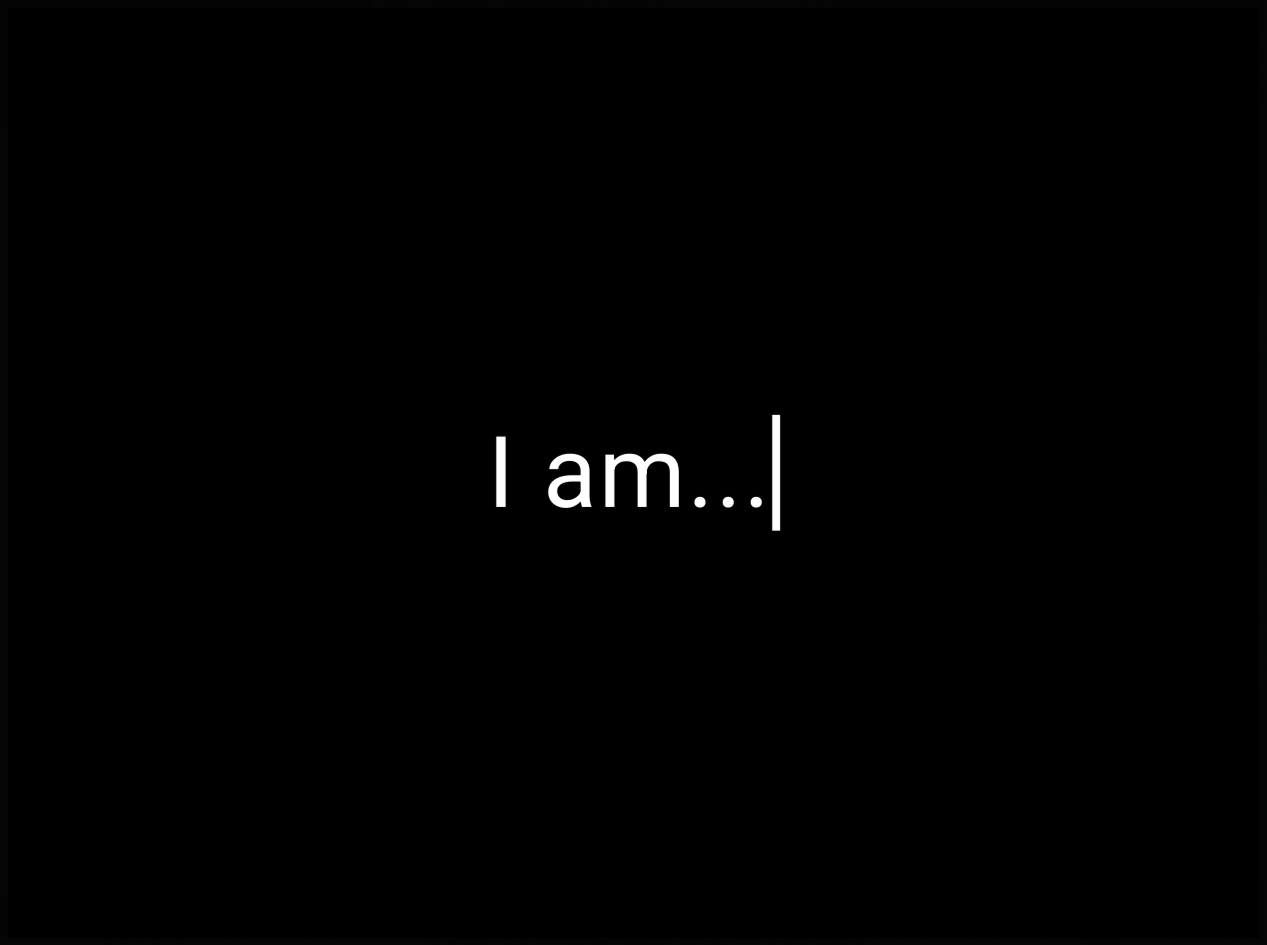
Repository: meywenz/mysite
Page: index.html
An editor plug-in stored every save of this project. The page is shown before and after the next save, followed by the edit.
The browser window is 1280 px wide. The pictures show the whole page, at 99% of full size.

Above is the page before, as saved 2021-04-11 13:11:17.

### index.html
<html lang="en">
<head>
<meta charset="UTF-8">
<meta name="viewport" content="width=device-width, initial-scale=1.0">
<link rel="stylesheet" href="styles.css">
<style>
        @import url('https://fonts.googleapis.com/css2?family=Roboto:ital@0;1&display=swap');
        @import url('https://fonts.googleapis.com/css2?family=Righteous&display=swap');
    </style>
<link href="https://fonts.googleapis.com/css2?family=Righteous&display=swap" rel="stylesheet">
<link rel="preconnect" href="https://fonts.gstatic.com">
<script src="typewriter.js"></script>
<title>Meywenz</title>
</head>
<body>
<!--
    <div class="container"> -->
        <!-- <video autoplay loop  class="vid">
            <source src="assets/fire.mov" type="video/mov">
        </video> -->
<!-- Profile picture-->
<img src="assets/image.jpg" alt="profile picture" class="profile-picture">
<!-- Profile name-->

<div class="hi">
    <a href="" class="typewrite" data-period="2000" data-type='[ "Hi.", "I am..."]'>
      <span class="wrap"></span>
    </a>
  </div>

<div class="profile-name">
    <img src="assets/meywenzlogo4.png" alt="Meywenz" class="logo-top">
</div>
<div class="bio">Your new favourite music producer.</div>
<!-- Links-->
<div class = "container_links">
    <div class="spotify"><a href="https://open.spotify.com/artist/48RV6cBeaOZcSaCCM6LlSH" class="links" id="left">SPOTIFY</a></div>
<div class="spotify"><a href="https://www.soundcloud.com/meywenz" class="links" id="right">SOUNDCLOUD</a></div>
<div class="spotify"><a href="https://www.instagram.com/meywenz/" class="links" id="left">INSTAGRAM</a></div>
<div class="spotify"><a href="https://www.facebook.com/meywenzmusic" class="links" id="right">FACEBOOK</a></div>
<div class="spotify"><a href="https://www.tidal.com/browse/artist/10154352" class="links"id="left">TIDAL</a></div>
<div class="spotify"><a href="https://www.music.youtube.com/channel/UCvvyjrYmoi0XRr_djBMh6Aw" class="links"id="right">YOUTUBE MUSIC</a></div>
    </div>
<!-- Logo -->
<div class="bottom-text">Made by <img src="assets/meywenzlogo4.png" alt="Meywenz" class="logo-bottom"> </div>
</div>
</body>
</html>

### styles.css
@import url("https://fonts.googleapis.com/css2?family=Roboto:ital@0;1&display=swap");

* {
  font-family: "Roboto", "Open Sans";
}

body {
  background: linear-gradient(rgba(0, 0, 0, 0.8), rgba(0, 0, 0, 0.8)),
    url("./assets/bgc2.jpg");
  background-position: center top;
  background-size: 100% auto;
  background-repeat: no-repeat;
  backdrop-filter: blur(10px);
  -webkit-backdrop-filter: blur(10px);
  color: #fff;
  font-family: "Roboto", "Open Sans";
  font-size: 15px;
  letter-spacing: 2px;
  color: #fff;
  overflow: scroll;
  background-size: cover;
  animation: fadeInFromNone 1s ease-out both;
  scrollbar-width: none; /* Firefox */
  -ms-overflow-style: none; /* IE 10+ */
}

body::-webkit-scrollbar {
  width: 0px;
  background: transparent; /* Chrome/Safari/Webkit */
}

img {
  border-radius: 50%;
}
.profile-picture {
  display: block;
  margin-left: auto;
  margin-right: auto;
  margin-top: auto;
  height: auto;
  max-width: 150px;
  animation-name: imageY, fadeInFromNone;
  animation-duration: 2s;
  opacity: 0;
  animation-delay: 6s;
  animation-fill-mode: forwards;

  /* opacity: 0;

  animation: fadeIn, imageY 3s;
  animation-delay: s;
  animation-fill-mode: forwards; */
}
.profile-name {
  font-family: "Roboto", sans-serif;
  text-align: center;
  padding: 30px;
  font-size: 1.5rem;
}
.bio {
  text-align: center;
  padding: 30px;
  animation-name: imageY2, fadeInFromNone;
  animation-duration: 3s;
  opacity: 0;
  animation-delay: 8s;
  animation-fill-mode: forwards;
}
/* .container_links{
  animation-name: fadeInFromNone;
  animation-duration: 3s;
  opacity: 0;
  animation-delay: 7s;
  animation-fill-mode: forwards;

} */

.links {
  text-align: center;
  padding: 20px;
  border: 1px solid rgb(110, 110, 110);
  border-width: 2px;
  width: 290px;
  display: block;
  margin: 20px auto 0;
  border-radius: 15px;
  animation: fadeInFromNone 10s ease-out both;
  overflow-x: hidden;
}

#left {
  animation: linksX 1s ease-out both;
  animation-delay: 9s;
}

#right {
  animation: linksX2 1s ease-out both;
  animation-delay: 9s;
}

.spotify {
  animation: fadeInFromNone 7s;
  opacity: 0;
  animation-delay: 9s;
  animation-fill-mode: forwards;
}
.container_links {
  overflow-x: hidden;
}

a {
  text-decoration: none;
  color: white;
  transition: color 1s;
}

a:hover {
  color: #000;
  background: rgba(255, 255, 255, 0.75);
  box-shadow: 0 8px 32px 0 rgba(80, 80, 80, 0.37);
  backdrop-filter: blur(4px);
  -webkit-backdrop-filter: blur(4px);
}
.links:hover {
  text-align: center;
  padding: 20px;
  border: 1px solid rgb(255, 255, 255);
  border-width: 2px;
  width: 290px;
  display: block;
  margin: 20px auto 0;
  border-radius: 15px;
  animation: fadeInFromNone 10s ease-out both;
}
.bottom-text {
  font-family: "Roboto", sans-serif;
  text-align: center;
  padding: 30px;
  font-size: 0.5rem;
  animation-name: imageY, fadeInFromNone;
  animation-duration: 10s;
  opacity: 0;
  animation-delay: 10s;
  animation-fill-mode: forwards;
}
.logo-bottom {
  max-height: 7px;
  border-radius: 5px;
  animation-name: imageY, fadeInFromNone;
  animation-duration: 10s;
  opacity: 0;
  animation-delay: 10s;
  animation-fill-mode: forwards;
}

.logo-top {
  padding: 30px;
  max-height: 80px;
  border-radius: 0px;

  animation-name: imageY2, fadeInFromNone;
  animation-duration: 4s;
  opacity: 0;
  animation-delay: 6s;
  animation-fill-mode: forwards;
}

/* .vid {
  position: absolute;
  left: 50%;
  top: 50%;
  /* The following will size the video to fit the full container. Not necessary, just nice.*/
/* min-width: 100%;
  min-height: 100%;
  -webkit-transform: translate(-50%, -50%);
  -moz-transform: translate(-50%, -50%);
  -ms-transform: translate(-50%, -50%);
  transform: translate(-50%, -50%);
  z-index: 0;
} */

.hi {
  font-family: "Righteous", cursive;
  text-align: center;
  opacity: 1;
  /* color: #fff;
  display: grid
place-items: center */
  /* display: none; Hidden by default */
  position: absolute;
  /* z-index: 100; Sit on top */
  /* padding-top: 100px; Location of the box */
  left: 0px;
  top: 0px;
  width: 100%; /* Full width */
  height: 100%; /* Full height */
  overflow: auto; /* Enable scroll if needed */
  background-color: rgb(0, 0, 0); /* Fallback color */
  /* background-color: rgba(0,0,0,0.4); Black w/ opacity */
  font-size: 100px;
  display: flex;
  justify-content: center;
  align-items: center;
  animation: fadeOutFromFull 1s ease-out both;
  animation-delay: 5s;
}

@keyframes imageY {
  from {
    transform: translateY(20%);
  }
  to {
    transform: translateY(0%);
  }
}

@keyframes imageY2 {
  from {
    transform: translateY(10%);
  }
  to {
    transform: translateY(0%);
  }
}

@keyframes linksX {
  from {
    transform: translateX(100%);
  }
  to {
    transform: translateX(0%);
  }
}
@keyframes linksX2 {
  from {
    transform: translateX(-100%);
  }
  to {
    transform: translateX(0%);
  }
}

@-webkit-keyframes fadeInFromNone {
  0% {
    opacity: 0;
  }

  1% {
    opacity: 0;
  }

  100% {
    opacity: 1;
  }
}

@-moz-keyframes fadeInFromNone {
  0% {
    opacity: 0;
  }

  1% {
    opacity: 0;
  }

  100% {
    opacity: 1;
  }
}

@-o-keyframes fadeInFromNone {
  0% {
    opacity: 0;
  }

  1% {
    opacity: 0;
  }

  100% {
    opacity: 1;
  }
}

@keyframes fadeInFromNone {
  0% {
    opacity: 0;
  }

  1% {
    opacity: 0;
  }

  100% {
    opacity: 1;
  }
}
@-webkit-keyframes fadeOutFromFull {
  0% {
    opacity: 1;
  }

  1% {
    opacity: 1;
  }

  100% {
    opacity: 0;
  }
}

@-moz-keyframes fadeOutFromFull {
  0% {
    opacity: 1;
  }

  1% {
    opacity: 1;
  }

  100% {
    opacity: 0;
  }
}

@-o-keyframes fadeOutFromFull {
  0% {
    opacity: 1;
  }

  1% {
    opacity: 1;
  }

  100% {
    opacity: 0;
  }
}

@keyframes fadeOutFromFull {
  0% {
    opacity: 1;
  }

  1% {
    opacity: 1;
  }

  100% {
    opacity: 0;
  }
}

@keyframes fadeIn {
  from {
    opacity: 0;
  }
  to {
    opacity: 1;
  }
}

@media only screen and (max-width: 600px) {
  .logo-top {
    max-width: 300px;
  }
}

### typewriter.js
var TxtType = function (el, toRotate, period) {
  this.toRotate = toRotate;
  this.el = el;
  this.loopNum = 0;
  this.period = parseInt(period, 10) || 2000;
  this.txt = "";
  this.tick();
  this.isDeleting = false;
};

TxtType.prototype.tick = function () {
  var i = this.loopNum % this.toRotate.length;
  var fullTxt = this.toRotate[i];

  if (this.isDeleting) {
    this.txt = fullTxt.substring(0, this.txt.length - 1);
  } else {
    this.txt = fullTxt.substring(0, this.txt.length + 1);
  }

  this.el.innerHTML = '<span class="wrap">' + this.txt + "</span>";

  var that = this;
  var delta = 200 - Math.random() * 100;

  if (this.isDeleting) {
    delta /= 2;
  }

  if (!this.isDeleting && this.txt === fullTxt) {
    delta = this.period;
    this.isDeleting = true;
  } else if (this.isDeleting && this.txt === "") {
    this.isDeleting = false;
    this.loopNum++;
    delta = 500;
  }

  setTimeout(function () {
    that.tick();
  }, delta);
};

window.onload = function () {
  var elements = document.getElementsByClassName("typewrite");
  for (var i = 0; i < elements.length; i++) {
    var toRotate = elements[i].getAttribute("data-type");
    var period = elements[i].getAttribute("data-period");
    if (toRotate) {
      new TxtType(elements[i], JSON.parse(toRotate), period);
    }
  }
  // INJECT CSS
  var css = document.createElement("style");
  css.type = "text/css";
  css.innerHTML = ".typewrite > .wrap { border-right: 0.08em solid #fff}";
  document.body.appendChild(css);
};

After the next save:
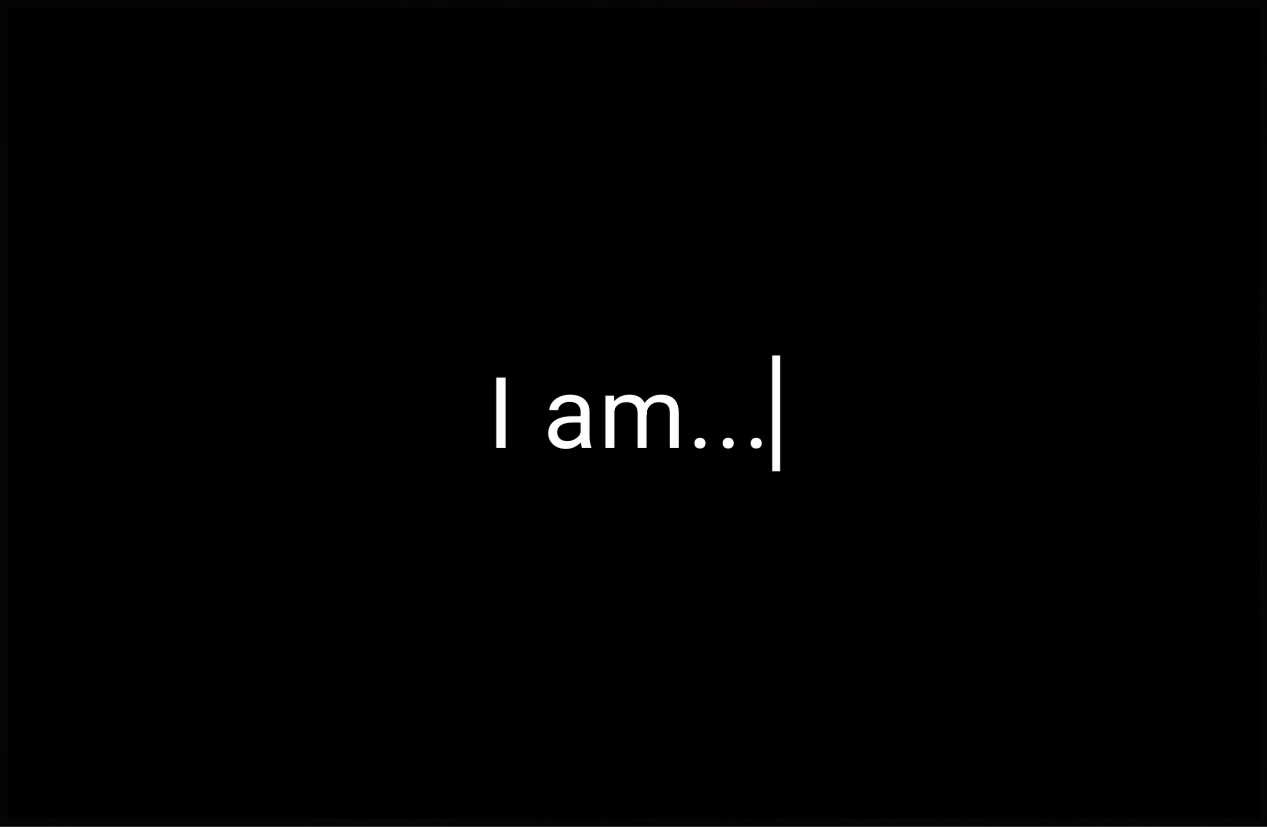
Saved 8 s later.
--- a/styles.css
+++ b/styles.css
@@ -82,7 +82,7 @@
   border-width: 2px;
   width: 290px;
   display: block;
-  margin: 20px auto 0;
+  /* margin: 20px auto 0; */
   border-radius: 15px;
   animation: fadeInFromNone 10s ease-out both;
   overflow-x: hidden;

After the save that followed:
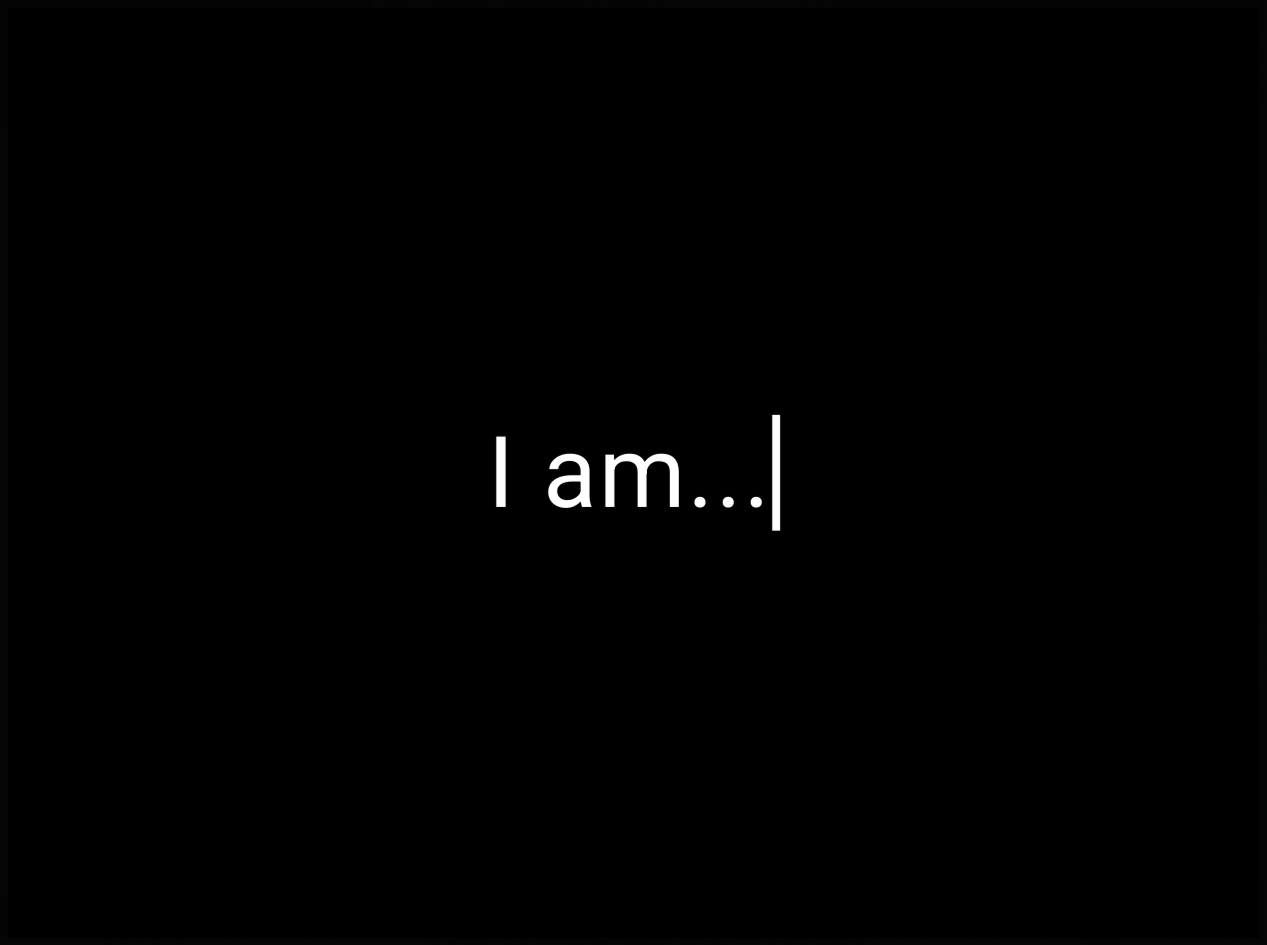
Saved 14 s later.
--- a/styles.css
+++ b/styles.css
@@ -82,7 +82,7 @@
   border-width: 2px;
   width: 290px;
   display: block;
-  /* margin: 20px auto 0; */
+  margin: 20px auto 0;
   border-radius: 15px;
   animation: fadeInFromNone 10s ease-out both;
   overflow-x: hidden;
